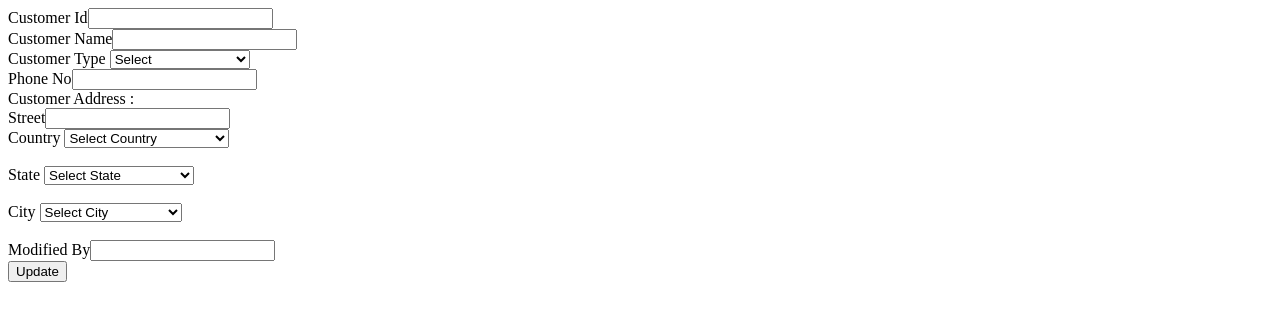
Repository: Mahesh2114/Project
Page: http://localhost/bms/update.jsp
An editor plug-in stored every save of this project. The page is shown before and after the next save, followed by the edit.
The browser window is 1280 px wide. The pictures show the whole page.
The page is served by Tomcat 9.

Above is the page before, as saved 2021-12-07 04:02:25.

After the next save:
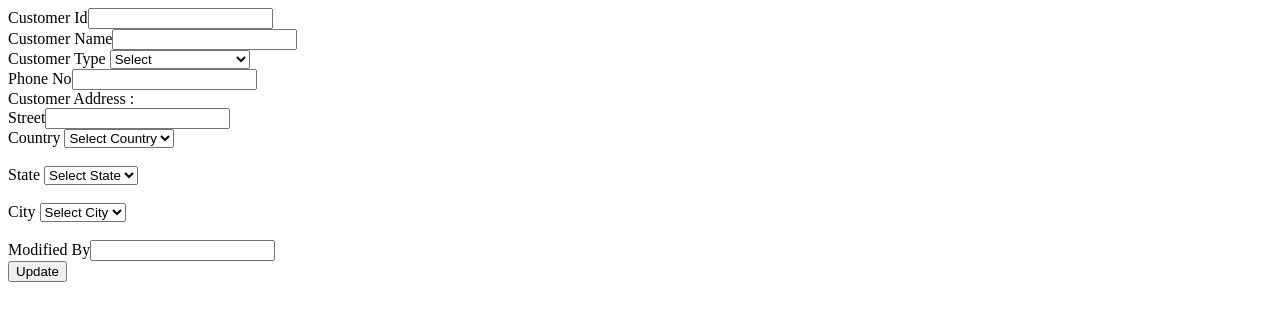
Saved 5 min 32 s later.
--- a/Project1/bms/src/main/webapp/update.jsp
+++ b/Project1/bms/src/main/webapp/update.jsp
@@ -35,7 +35,6 @@
 			<label>Country</label>
 			<select name="Country" id="Country"	onchange="setStates();">
 				<option selected="" value="-1" disabled="">Select Country</option>
-				<option value="">Please Select a Country</option>
 				<option value="India">India</option>
 				<option value="USA">USA</option>
 			</select>
@@ -44,14 +43,12 @@
 			<label>State</label>
 			<select name="State" id="State" onchange="setCity();">
 				<option selected="" value="-1" disabled="">Select State</option>
-				<option value="">Please Select a State</option>
 			</select>
 		</div><br>
 		<div>
 			<label>City</label>
 			<select name="City" id="City">
 				<option selected="" value="-1" disabled="">Select City</option>
-				<option value="">Please Select a City</option>
 			</select>
 		</div><br>
 		<div>
